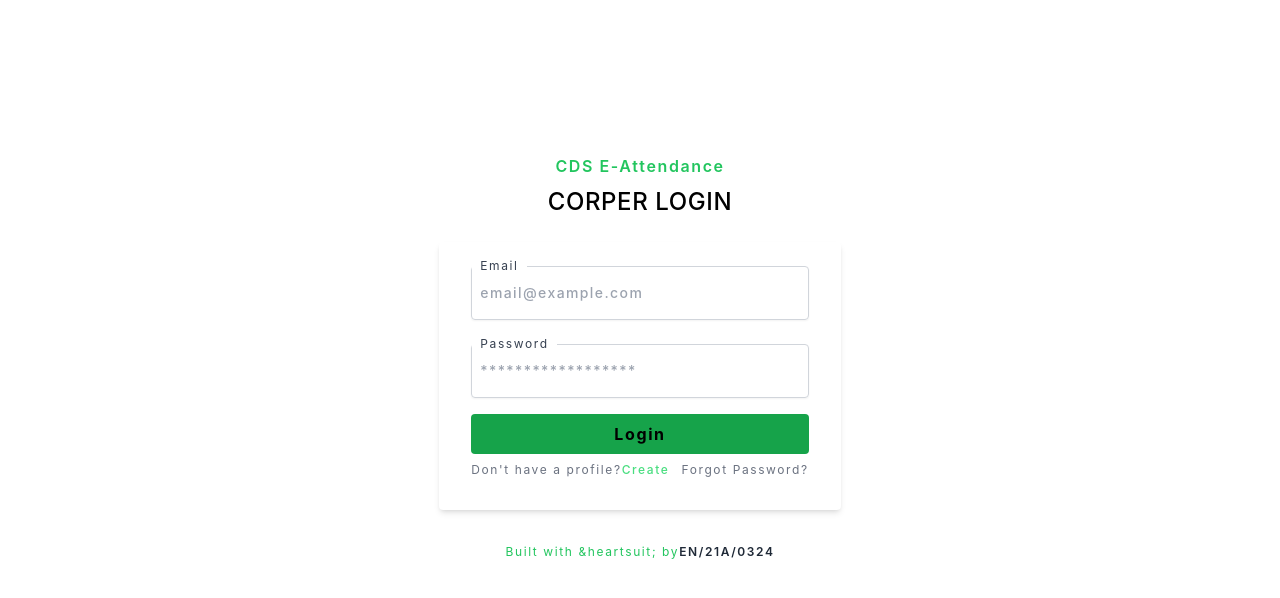
Repository: latenightsnacc/jedessineweb
Page: / (app in docs/client/)
An editor plug-in stored every save of this project. The page is shown before and after a run of saves, followed by the edit.
The browser window is 1280 px wide. The pictures show the whole page.
The project was rebuilt for these pictures with package versions that can differ from the ones it lists, and the page was loaded fresh each time. Also part of the build but not shown: docs/client/src/components/MemberMenu.js, docs/client/src/components/Navbar.js, docs/client/src/components/Spacer.js, docs/client/src/components/AttendanceNotification.js, docs/client/src/components/MiniLayout.js, docs/client/src/components/Date.js, docs/client/src/components/CorperBanner.js, docs/client/src/components/DuesNotification.js and 13 more.

Above is the page before, as saved 2022-03-19 10:27:07.

### docs/client/public/index.html
<!DOCTYPE html>
<html lang="en">
  <head>
    <meta charset="utf-8" />
    <link rel="icon" href="%PUBLIC_URL%/favicon.ico" />
    <meta name="viewport" content="width=device-width, initial-scale=1" />
    <meta name="theme-color" content="#000000" />
    <meta
      name="description"
      content="Web site created using create-react-app"
    />
    <link rel="apple-touch-icon" href="%PUBLIC_URL%/logo192.png" />
    <link rel="stylesheet" href="https://cdnjs.cloudflare.com/ajax/libs/font-awesome/6.0.0/css/all.min.css" integrity="sha512-9usAa10IRO0HhonpyAIVpjrylPvoDwiPUiKdWk5t3PyolY1cOd4DSE0Ga+ri4AuTroPR5aQvXU9xC6qOPnzFeg==" crossorigin="anonymous" referrerpolicy="no-referrer" />
    <!--
      manifest.json provides metadata used when your web app is installed on a
      user's mobile device or desktop. See https://developers.google.com/web/fundamentals/web-app-manifest/
    -->
    <link rel="manifest" href="%PUBLIC_URL%/manifest.json" />
    <!--
      Notice the use of %PUBLIC_URL% in the tags above.
      It will be replaced with the URL of the `public` folder during the build.
      Only files inside the `public` folder can be referenced from the HTML.

      Unlike "/favicon.ico" or "favicon.ico", "%PUBLIC_URL%/favicon.ico" will
      work correctly both with client-side routing and a non-root public URL.
      Learn how to configure a non-root public URL by running `npm run build`.
    -->
    <title>React App</title>
  </head>
  <body>
    <noscript>You need to enable JavaScript to run this app.</noscript>
    <div id="root"></div>
    <!--
      This HTML file is a template.
      If you open it directly in the browser, you will see an empty page.

      You can add webfonts, meta tags, or analytics to this file.
      The build step will place the bundled scripts into the <body> tag.

      To begin the development, run `npm start` or `yarn start`.
      To create a production bundle, use `npm run build` or `yarn build`.
    -->
  </body>
</html>

### docs/client/src/index.js
import React from 'react';
import ReactDOM from 'react-dom';
import './index.css';
import {BrowserRouter as Router, Routes, Route} from "react-router-dom";
import App from './App';
import Login from './pages/Login';
import Register from './pages/Register';
import ProtectedRoute from './pages/ProtectedRoute';
import MemberDashboard from './dashboard/Member';
import MemberAttendance from './dashboard/member/ViewAttendance';
import MemberDues from './dashboard/member/ViewDues';
import MemberProfile from './dashboard/member/Profile';
import SecretaryGeneralDashboard from './dashboard/SecretaryGeneral';
import { AuthProvider } from './context/useAuth';
import reportWebVitals from './reportWebVitals';

ReactDOM.render(
  <React.StrictMode>
    <Router>
      <AuthProvider>
        <Routes>
          <Route path={"/"} element={<App />} />
          <Route path={"/api/auth/signin"} element={<Login />} />
          <Route path={"/api/auth/signup"} element={<Register />} />
          <Route path={"/dashboard/member"} element={(
            <ProtectedRoute>
              <MemberDashboard />
            </ProtectedRoute>) }
          />
          <Route path={"/dashboard/member/attendance"} element={(
            <ProtectedRoute>
              <MemberAttendance />
            </ProtectedRoute>) }
          />
          <Route path={"/dashboard/member/dues"} element={(
            <ProtectedRoute>
              <MemberDues />
            </ProtectedRoute>) }
          />

          <Route path={"/dashboard/secretarygeneral"} element={(
            <ProtectedRoute>
              <SecretaryGeneralDashboard />
            </ProtectedRoute>) }
          />
        </Routes>
      </AuthProvider>

    </Router>
  </React.StrictMode>,
  document.getElementById('root')
);

// If you want to start measuring performance in your app, pass a function
// to log results (for example: reportWebVitals(console.log))
// or send to an analytics endpoint. Learn more: https://bit.ly/CRA-vitals
reportWebVitals();

### docs/client/src/App.js
//import logo from './logo.svg';

import MemberDashboard from "./dashboard/Member";
import Login from "./pages/Login";


function App() {
  return (
    <div>
      <Login />

    </div>
  );
}

export default App;

### docs/client/src/pages/Login.js
import { useState } from "react";
import { useAuth } from "../context/useAuth";
import { Link } from "react-router-dom";
import Footer from "../components/Footer";
import Container from "../components/Container";
import Layout from "../components/Layout";

export const details = {
    email: '',
    password: ''
}
const Login = () => {
    const { login, alert, loading } = useAuth();

    const [ email, setEmail ] = useState('');
    const [ password, setPassword ]= useState('');

    const handleEmail = e => {
        setEmail(e.target.value);
        details.email = e.target.value;
    }

    const handlePassword = e => {
        setPassword(e.target.value);
        details.password = e.target.value;
    }
    return(
        <Layout>
        <Container>
            <div className="flex h-screen flex-col items-center justify-center tracking-widest">
                <div className="text-center mb-4">
                    <span className="text-green-500 font-semibold capitalize">CDS E-attendance</span>
                    <h1 className="text-black font-medium leading-loose text-2xl uppercase tracking-wide">Corper Login</h1>

                </div>
                <div>
                {
                    alert ? <div className="msg mt-2">
                    <p className="text-red-500 text-xs italic">{alert}</p>
                    </div> : null
                }
                <div  className="bg-white sm:shadow-md rounded px-8 pt-6 pb-8 mb-4">
                    <div className="relative group py-2 mb-6 rounded text-sm w-full shadow-sm border border-1 border-gray-300  appearance-none rounded focus:outline-none focus:shadow-outline focus:border hover:border-2 hover:border-green-400">
                        <div className="absolute -top-3">
                        <label className="inline px-2 bg-white text-gray-700 group-hover:text-green-500 text-xs font-normal">
                            Email
                        </label>
                        </div>
                        <input
                        type={'email'}
                        name={'email'}
                        value={email}
                        placeholder="email@example.com"
                        className={'border-0 text-xs tracking-widest md:text-sm w-full text-gray-700  py-2 px-2 leading-loose font-medium focus:ring-0 focus:outline-0 text-uppercase'}
                        onChange={handleEmail}
                        required
                        />

                    </div>
                    <div className="relative group py-2 mb-4 rounded text-sm w-full shadow-sm border border-1 border-gray-300  appearance-none rounded focus:outline-none focus:shadow-outline focus:border hover:border-2 hover:border-green-400">
                        <div className="absolute -top-3">
                        <label className="inline px-2 bg-white text-gray-700 group-hover:text-green-500 text-xs font-normal capitalize">
                            password
                        </label>
                        </div>
                        <input
                        type={'password'}
                        name={'password'}
                        id={'password'}
                        value={password}
                        placeholder="******************"
                        className={'border-0 text-xs tracking-widest md:text-sm w-full text-gray-700  py-2 px-2 leading-loose font-medium focus:ring-0 focus:outline-0 text-uppercase'}
                        onChange={handlePassword}
                        required
                        />

                    </div>

                    <div className="flex w-full flex-col">

                    <button onClick={login}
                    className="bg-green-600 hover:bg-green-600 text-black font-bold py-2 px-4 rounded focus:outline-none focus:shadow-outline" >Login</button>

                    <div className="flex flex-row text-xs justify-between items-center">
                    <span className="inline-block mt-2 align-baseline  text-gray-500  text-center">
                        Don't have a profile?
                        <Link to={"/api/auth/signup"}>
                            <span className="text-green-400 mml-1 cursor-pointer text-underline font-medium">Create</span>
                        </Link>
                    </span>
                    <span className="inline-block mt-2 ml-3 align-baseline text-gray-500 hover:text-green-500 text-center">
                        Forgot Password?
                    </span>
                    </div>
                </div>
                </div>
                <Footer />
                </div>
            </div>

        </Container>
        </Layout>
    )
}

export default Login;

### docs/client/src/context/useAuth.js
import React, {useState, createContext, useContext, useEffect} from "react";
import { useNavigate } from "react-router-dom";
import Axios from 'axios';
import { details } from "../pages/Login";

const AuthContext = createContext(null);

const ROOT_URL = "http://localhost:4000/api/auth";

export const AuthProvider = ({ children }) => {
    const navigate = useNavigate();
    const [auth, setAuth ] = useState(false);
    const [ user, setUser ] = useState([]);
    const [ alert, setAlert ] = useState('');
    const [ loading, setLoading ] = useState(true);

    // useEffect(() => {
    //     Axios.get(`${ROOT_URL}/signin`).then((corper) => {
    //         if(corper.data.id) {
    //             console.log('Login check successful!');
    //             setAuth(true);
    //             setUser({
    //                 ...user,
    //                 ...corper.data
    //             })
    //             setLoading(false);
    //         } else {
    //             setAuth(false);
    //             setLoading(false);
    //         }
    //     })
    //

    const login = async () => {
        const result = await corperLogin();

        if (result.data.message) {
            console.log(result);
            setAlert(result.data.message);
        } else  {
            console.log("Corper Logged in: ");
            console.log(result);
            setAuth(true);
            sessionStorage.setItem("corperLoggedIn", "true");
            setUser({
                ...user,
                firstname: result.data.firstname,
                surname: result.data.surname,
                batch: result.data.batch,
                statecode: result.data.statecode,
                cdsGroup: result.data.cdsGroup,
                lga: result.data.lga,
                ppa: result.data.ppa,
                email: result.data.email,
                phoneNo: result.data.phoneNo,
                profilePic: result.data.profilePic,
                roles: result.data.roles,
            });
            setAlert('Login Successful!');
            setTimeout(() => {
                navigate("/dashboard/member");
            }, 300);

        }
    }

    const logout = async () => {
        const result = await corperLogout();

        if(result) {
            console.log("User has logged out.");
            setAuth(false);
            setUser([]);
            setAlert('');
            navigate("/api/auth/signin");
        }
    }

    const corperLogin = async () => {
        console.log(details);
        try{
            return Axios.post(`${ROOT_URL}/signin`, {
                email:details.email,
                password: details.password
            })
        }catch(e){
            console.log(e);
        }
    }

    const corperLogout = async () => {
        try{
            return Axios.get(`${ROOT_URL}/signout`);
        }catch(e){
            console.log(e);
        }
        // return new Promise((resolve, reject) => {
        //     setTimeout(() => {
        //         resolve("Corper Logged out")
        //     }, 300);
        // })

    }

    return(
        <AuthContext.Provider value={{user, alert, loading, auth, setAuth, login, logout}}>
            {children}
        </AuthContext.Provider>
    )
}

export const useAuth = () => useContext(AuthContext);

### docs/client/src/components/Footer.js
const Footer = () => {
    return (
        <footer className=" h-10  flex flex-row items-center justify-center">
        <p className="text-green-500 text-center pt-3 text-xs">Built with &heartsuit; by
        <span className="text-gray-800 font-semibold">EN/21A/0324</span></p>
    </footer>
    )
}

export default Footer;

### docs/client/src/components/Container.js
const Container = ({children}) => {
    return <div className="container">{children}</div>
}
export default Container;

### docs/client/src/components/Layout.js
const Layout = ({children}) => {
    return(
        <div className="w-full md:w-5/6 mx-auto overflow-x-hidden">
                {children}
            </div>
    )
}
export default Layout;

Loaded but not shown: docs/client/src/index.css (common file); docs/client/src/reportWebVitals.js (common file); docs/client/tailwind.config.js (common file)

After the next 3 saves:
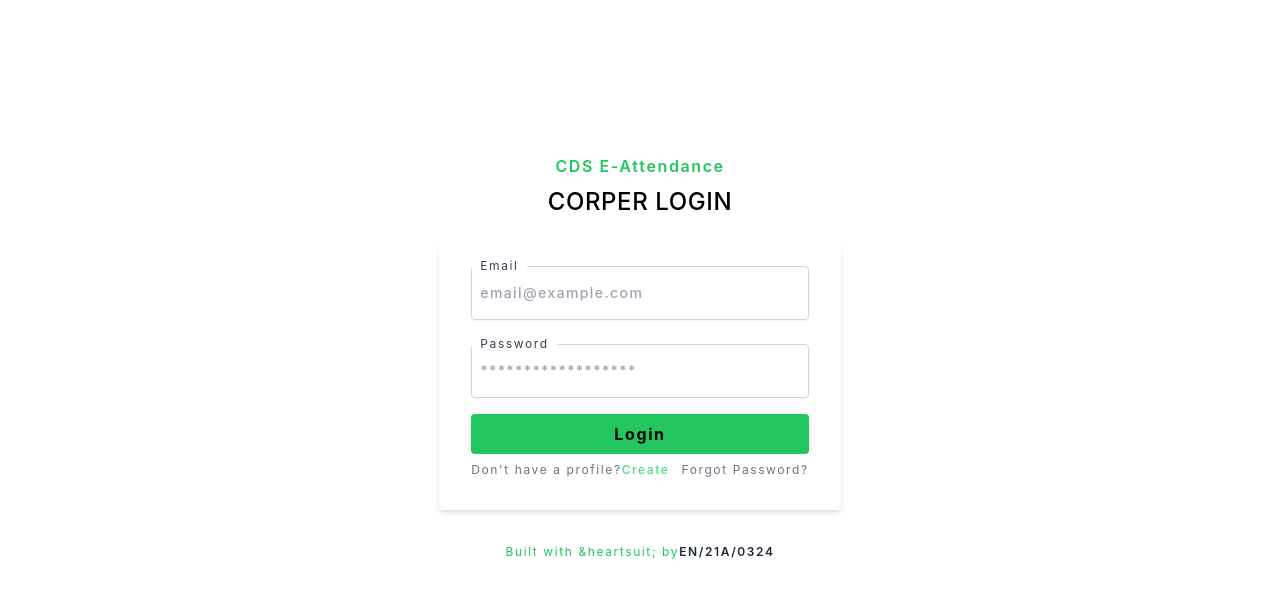
The 3 saves are shown as one change because they came seconds apart.
The last was saved 12 s later.
--- a/docs/client/src/pages/Login.js
+++ b/docs/client/src/pages/Login.js
@@ -79,7 +79,7 @@ const Login = () => {
                     <div className="flex w-full flex-col">
 
                     <button onClick={login}
-                    className="bg-green-600 hover:bg-green-600 text-black font-bold py-2 px-4 rounded focus:outline-none focus:shadow-outline" >Login</button>
+                    className="bg-green-500 hover:bg-green-600 text-black font-bold py-2 px-4 rounded focus:outline-none focus:shadow-outline" >Login</button>
 
                     <div className="flex flex-row text-xs justify-between items-center">
                     <span className="inline-block mt-2 align-baseline  text-gray-500  text-center">
